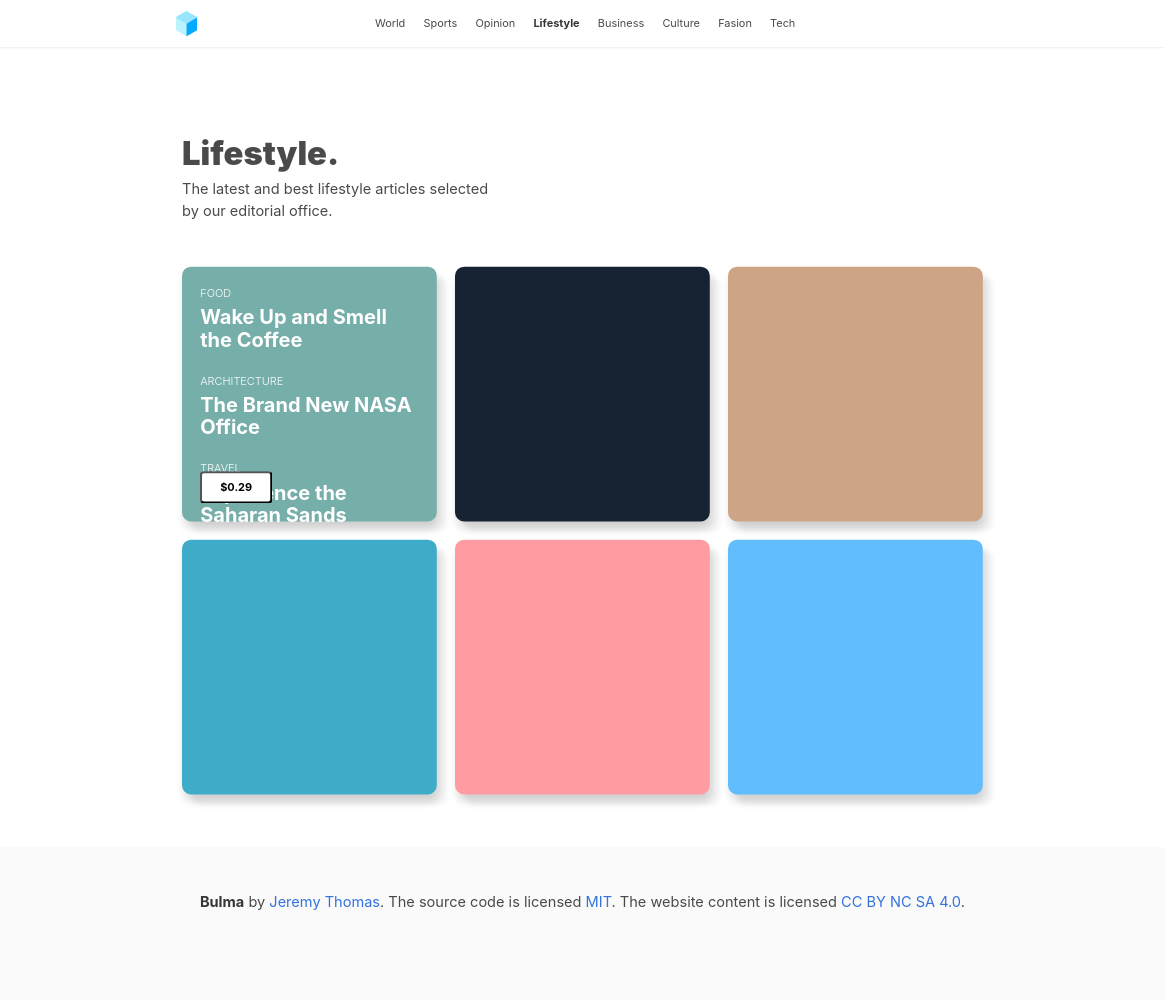
Repository: DOODpls/js_ass1
Page: index.html
An editor plug-in stored every save of this project. The page is shown before and after the next save, followed by the edit.
The browser window is 1280 px wide. The pictures show the whole page, at 91% of full size.

Above is the page before, as saved 2019-11-22 18:54:28.

After the next save:
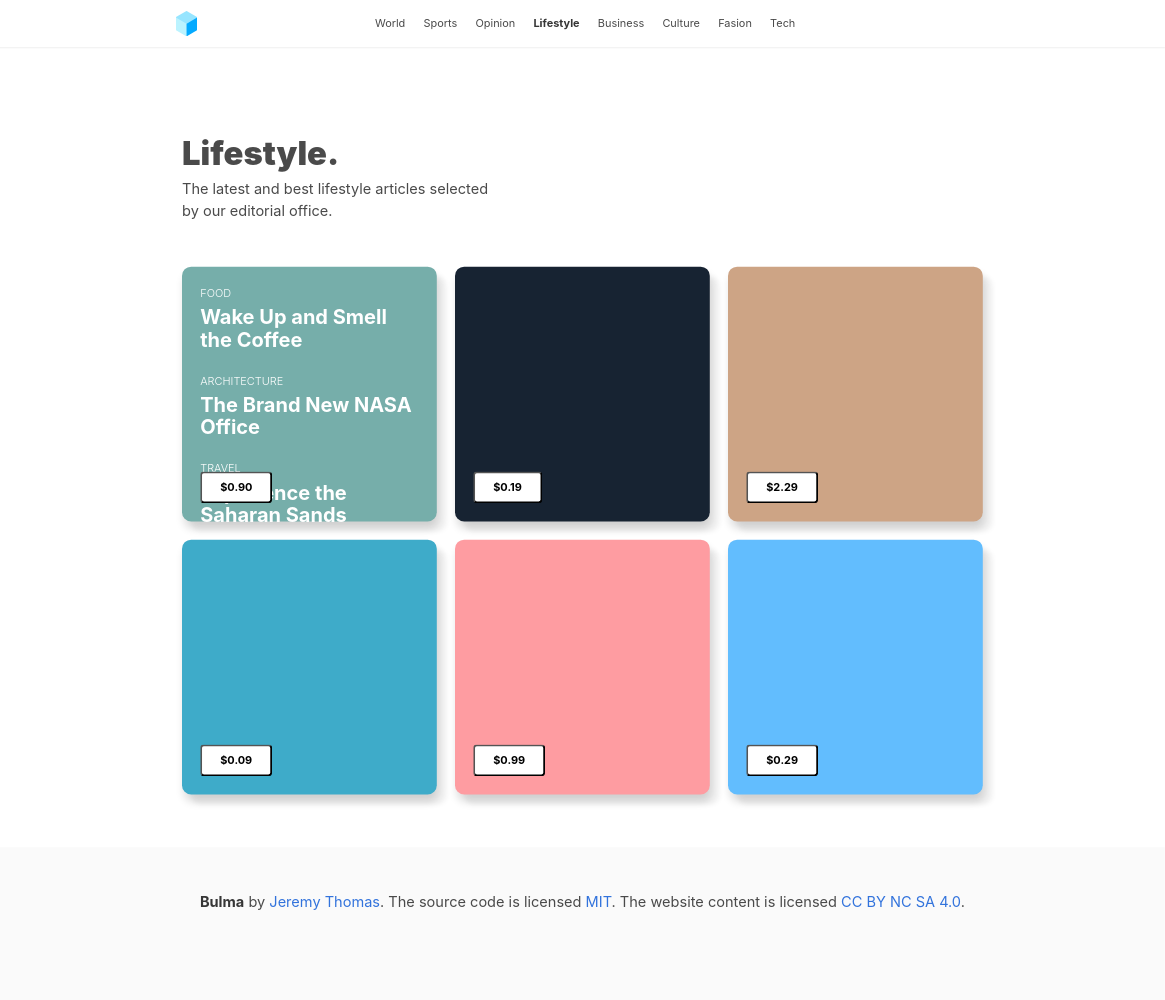
Saved 27 s later.
--- a/app.js
+++ b/app.js
@@ -117,11 +117,10 @@ const data = [
         pr2.className= 'title'
         p2.appendChild(pr2)
 
-        const btn1 = document.querySelector('#divtile')
         const btr2 = document.createElement('button')
         btr2.textContent = item.price
         btr2.className= 'buy-button'
-        btn1.appendChild(btr2)
+        divr.appendChild(btr2)
     })
 
 
